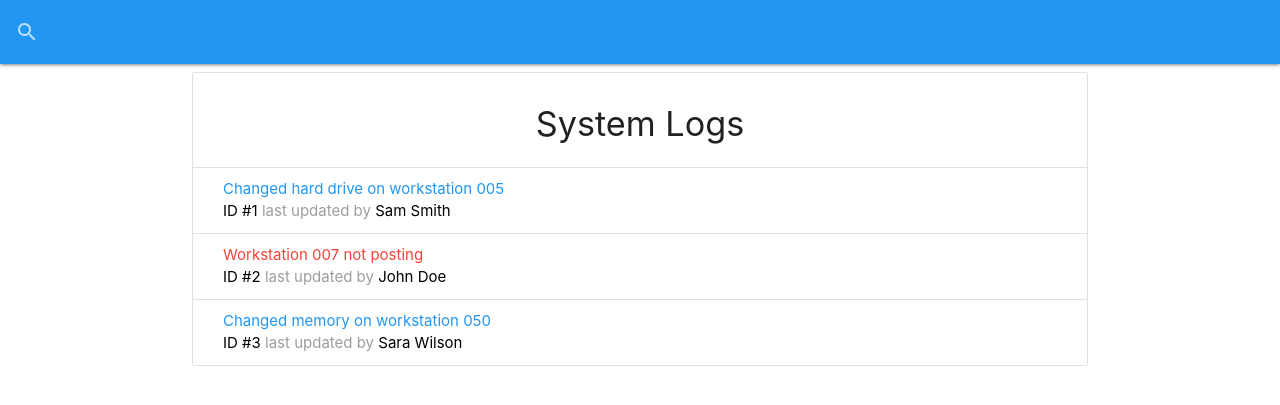
Repository: Ajtheult/IT-Logger
Page: /
The author's editor kept a copy of each file at every save. The page is drawn from the files as they stood at one save, then again after the next save.
The browser window is 1280 px wide. The pictures show the whole page.
The project was rebuilt for these pictures with package versions that can differ from the ones it lists, and the page was loaded fresh each time. Requests to the local data server were answered from the project's data file. Also part of the build but not shown: src/App.css.

Above is the page before, as saved 2020-06-23 16:52:14.

After the next save:
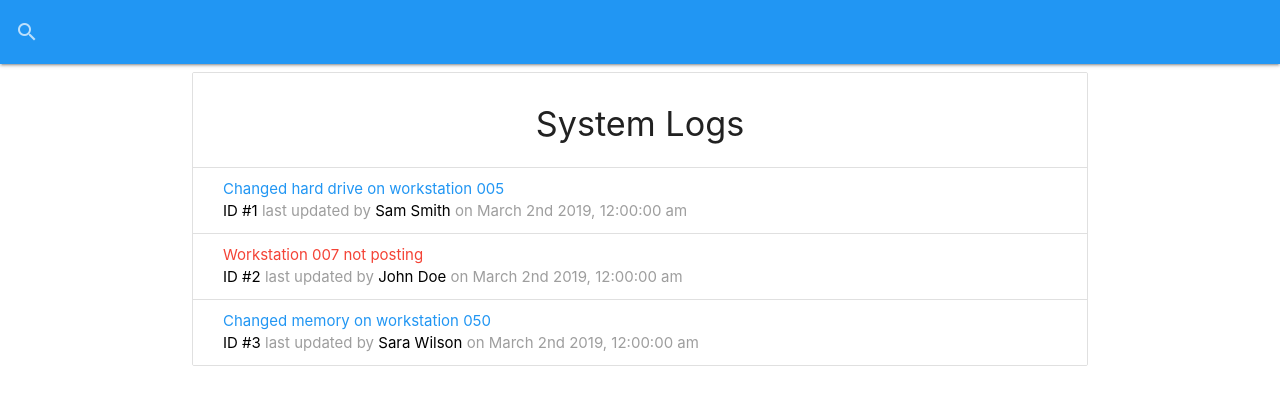
Saved 80 s later.
--- a/src/components/logs/LogItem.js
+++ b/src/components/logs/LogItem.js
@@ -17,7 +17,8 @@ const LogItem = ({ log }) => {
         <br />
         <span className="grey-text">
           <span className="black-text">ID #{log.id}</span> last updated by{" "}
-          <span className="black-text">{log.tech}</span>
+          <span className="black-text">{log.tech}</span> on{" "}
+          <Moment format="MMMM Do YYYY, h:mm:ss a">{log.date}</Moment>
         </span>
       </div>
     </li>
